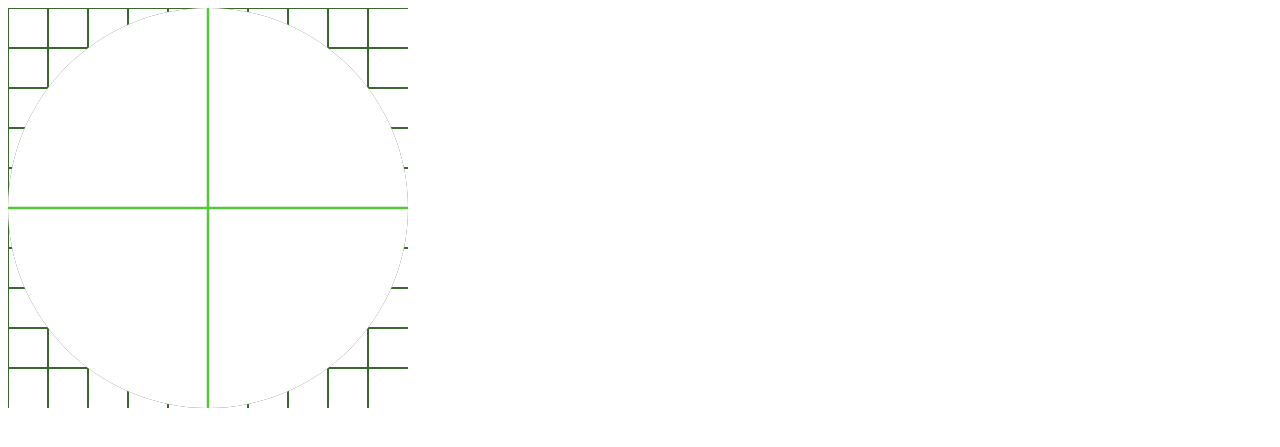
Repository: pedro-mancano/ProjetoCDM204
Page: scripts/radar.html
These files come from the project's save history. The page is drawn as it stood at one moment and after the next save; the edit follows.
The browser window is 1280 px wide. The pictures show the whole page.

Above is the page before, as saved 2024-11-27 08:10:09.

After the next save:
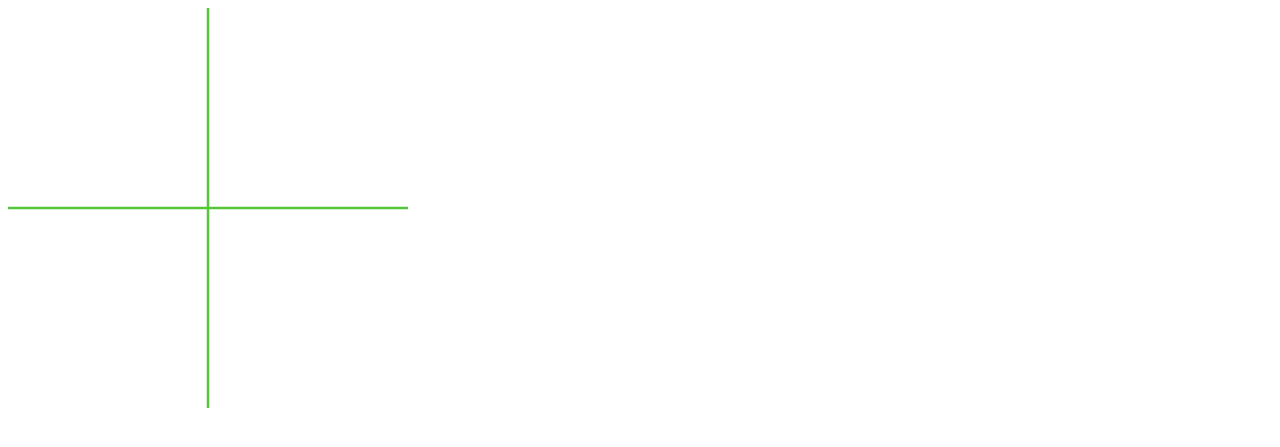
Saved 34 s later.
--- a/scripts/radar.js
+++ b/scripts/radar.js
@@ -33,7 +33,7 @@ function draw(elapsed) {
   // Clear outside of the circle
   ctx.globalCompositeOperation = 'destination-out';
   ctx.beginPath();
-  ctx.arc(canvas.width / 2, canvas.height / 2, 200, 0, 2 * Math.PI);
+  ctx.rect(0, 0, canvas.width, canvas.height);
   ctx.fill();
   ctx.globalCompositeOperation = 'source-over';
 
